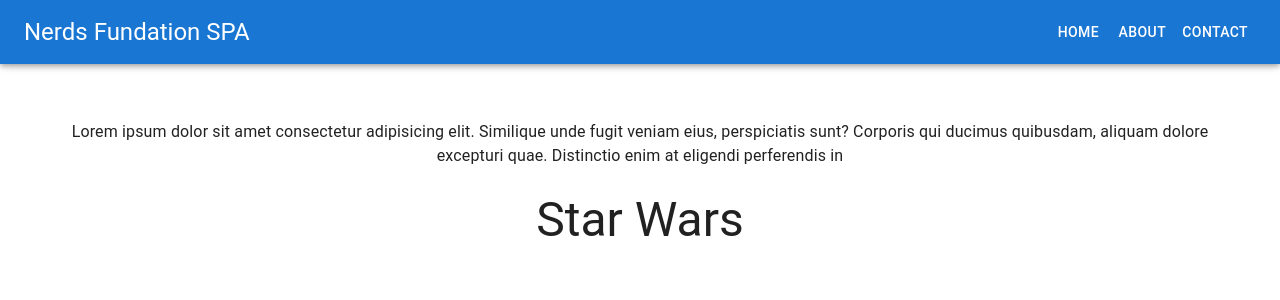
Repository: marianozamora/lisit-challenge
Page: /
These files come from the project's save history. The page is drawn as it stood at one moment and after the next save; the edit follows.
The browser window is 1280 px wide. The pictures show the whole page.
The page's requests for data from a server got no answer. The project was rebuilt for these pictures with package versions that can differ from the ones it lists, and the page was loaded fresh each time. Some packages were replaced by stand-ins written for this rebuild. No one was signed in, and anything a server would have sent is missing. Also part of the build but not shown: vite.config.ts, src/components/Pagination.tsx.

Above is the page before, as saved 2023-05-11 00:52:32.

### src/main.tsx
import React from 'react'
import ReactDOM from 'react-dom/client'
import App from './App.tsx'
import './index.css'
import { QueryClientProvider } from '@tanstack/react-query';
import queryClient from './queryClient';
import { ReactQueryDevtools } from '@tanstack/react-query-devtools';

ReactDOM.createRoot(document.getElementById('root') as HTMLElement).render(
  <React.StrictMode>
    <QueryClientProvider client={queryClient}>
      <App />
      <ReactQueryDevtools initialIsOpen></ReactQueryDevtools>
    </QueryClientProvider>
  </React.StrictMode>,
)

### src/App.tsx
import { useFetchPeople } from './hooks/useSwapi'
import './App.css'
import { People } from './hooks/types'
import Pagination from '../src/components/Pagination'
import React from 'react'
import { Box, Typography } from '@mui/material';
import Header from './components/Header';
function App() {
  const [currentPage, setCurrentPage] = React.useState(1)
  const { data, isLoading, isError } = useFetchPeople({ page: currentPage})
  //if (isLoading) return <div>Loading...</div>

  // if (data && data.count === null) {
  //   return null; // or display a different message or loading state
  // }


  return (
    <>
      <Header />
      <Box sx={{ display: 'flex', justifyContent: 'center', alignItems: 'center' }}>
        <Typography variant="h3" component="div" gutterBottom>
          Star Wars
        </Typography>
      </Box>
    <Box>
      {data?.results.map((person: People) => (
        <div key={person.name}>{person.name}</div>
      ))}
      {/* <button onClick={
        () => {
          setCurrentPage(currentPage + 1)
        }
      } >
        Next
      </button> */}

      {
        data && data.count > 0 && <Pagination
        onPageChange={(event, value) => {
          setCurrentPage(value)
        }}
        count={data?.count}
        elementsPerPage={10}
        currentPage={currentPage}
      />

      }

      </Box>
    </>

  )
}

export default App

### src/index.css
@tailwind base;
@tailwind components;
@tailwind utilities;
/*
:root {
  font-family: Inter, system-ui, Avenir, Helvetica, Arial, sans-serif;
  line-height: 1.5;
  font-weight: 400;

  color-scheme: light dark;
  color: rgba(255, 255, 255, 0.87);
  background-color: #242424;

  font-synthesis: none;
  text-rendering: optimizeLegibility;
  -webkit-font-smoothing: antialiased;
  -moz-osx-font-smoothing: grayscale;
  -webkit-text-size-adjust: 100%;
}

a {
  font-weight: 500;
  color: #646cff;
  text-decoration: inherit;
}
a:hover {
  color: #535bf2;
}

body {
  margin: 0;
  display: flex;
  place-items: center;
  min-width: 320px;
  min-height: 100vh;
}

h1 {
  font-size: 3.2em;
  line-height: 1.1;
}

button {
  border-radius: 8px;
  border: 1px solid transparent;
  padding: 0.6em 1.2em;
  font-size: 1em;
  font-weight: 500;
  font-family: inherit;
  background-color: #1a1a1a;
  cursor: pointer;
  transition: border-color 0.25s;
}
button:hover {
  border-color: #646cff;
}
button:focus,
button:focus-visible {
  outline: 4px auto -webkit-focus-ring-color;
}

@media (prefers-color-scheme: light) {
  :root {
    color: #213547;
    background-color: #ffffff;
  }
  a:hover {
    color: #747bff;
  }
  button {
    background-color: #f9f9f9;
  }
} */

### src/queryClient.ts
import { QueryClient } from '@tanstack/react-query';

const queryClient = new QueryClient();

export default queryClient;

### src/hooks/useSwapi.ts
import api from '../api/swapi';
import { useQuery } from '@tanstack/react-query';

export async function fetchPeople({page=1}) {
    const { data } = await api.get(`people/?page=${page}`);
    return data;
}

export function useFetchPeople({ page = 1 } = {}) {
    return useQuery({
        queryKey: ['people', { page }],
        queryFn: () => fetchPeople({ page }),
    })

}

async function fetchPerson(id) {
    const { data } = await api.get(`people/${id}`);
    return data;
}

### src/components/Header.tsx
import * as React from 'react';
import { AppBar, Toolbar, IconButton, Typography, Box, CssBaseline} from '@mui/material';
import { Drawer, List, ListItem, ListItemButton, ListItemText, Divider, Button } from '@mui/material';
import MenuIcon from '@mui/icons-material/Menu';
interface Props {
    /**
     * Injected by the documentation to work in an iframe.
     * You won't need it on your project.
     */
    window?: () => Window;
}


const drawerWidth = 240;
const navItems = ['Home', 'About', 'Contact'];

export default function Header(props: Props) {

    const { window } = props;
    const [mobileOpen, setMobileOpen] = React.useState(false);

    const handleDrawerToggle = () => {
        setMobileOpen((prevState) => !prevState);
    };

    const drawer = (
        <Box onClick={handleDrawerToggle} sx={{ textAlign: 'center' }}>
        <Typography variant="h6" sx={{ my: 2 }}>
            MUI
        </Typography>
        <Divider />
        <List>
            {navItems.map((item) => (
            <ListItem key={item} disablePadding>
                <ListItemButton sx={{ textAlign: 'center' }}>
                <ListItemText primary={item} />
                </ListItemButton>
            </ListItem>
            ))}
        </List>
        </Box>
    );

    const container = window !== undefined ? () => window().document.body : undefined;

    return (
            <Box sx={{ display: 'flex' }}>
            <CssBaseline />
            <AppBar component="nav">
            <Toolbar className="bg-black-900 flex justify-between">
                <IconButton
                color="inherit"
                aria-label="open drawer"
                edge="start"
                onClick={handleDrawerToggle}
                sx={{ mr: 2, display: { sm: 'none' } }}
                >
                <MenuIcon />
                </IconButton>
                <Typography
                variant="h5"
                component="div"
                className="text-white "
                sx={{ display: { xs: 'none', sm: 'block' } }}
                >
                Nerds Fundation SPA
                </Typography>
                <Box sx={{ display: { xs: 'none', sm: 'block' } }}>
                {navItems.map((item) => (
                    <Button key={item} sx={{ color: '#fff' }}>
                    {item}
                    </Button>
                ))}
                </Box>
            </Toolbar>
            </AppBar>
            <Box component="nav">
                <Drawer
                container={container}
                variant="temporary"
                open={mobileOpen}
                onClose={handleDrawerToggle}
                ModalProps={{
                keepMounted: true, // Better open performance on mobile.
                }}
                sx={{
                display: { xs: 'block', sm: 'none' },
                '& .MuiDrawer-paper': { boxSizing: 'border-box', width: drawerWidth },
                }}
            >
                {drawer}
            </Drawer>
            </Box>
            <Box component="main" sx={{ p: 3 }}>
            <Toolbar />
            <Typography>
                Lorem ipsum dolor sit amet consectetur adipisicing elit. Similique unde
                fugit veniam eius, perspiciatis sunt? Corporis qui ducimus quibusdam,
                aliquam dolore excepturi quae. Distinctio enim at eligendi perferendis in
            </Typography>
            </Box>
        </Box>
    )
}

### src/api/swapi.ts
import axios from 'axios';

const api = axios.create({
    baseURL: 'https://swapi.dev/api/',
});

export default api;

Loaded but not shown: index.html (common file); src/App.css (common file); tailwind.config.js (common file)

After the next save:
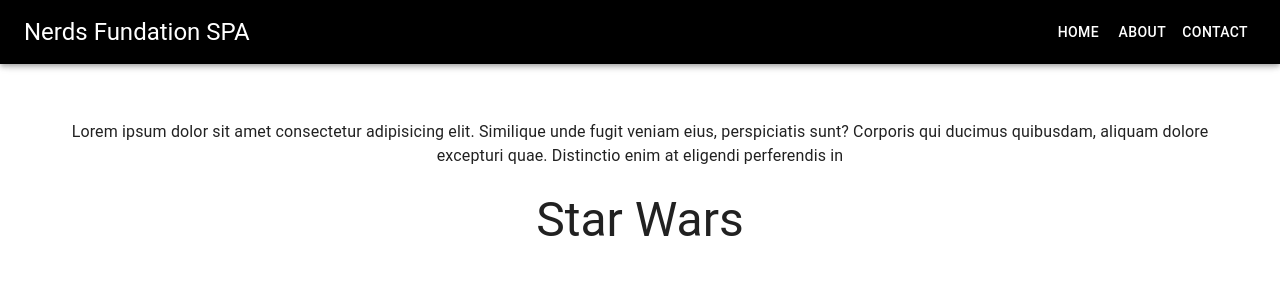
Saved 22 s later.
--- a/src/components/Header.tsx
+++ b/src/components/Header.tsx
@@ -47,7 +47,7 @@
             <Box sx={{ display: 'flex' }}>
             <CssBaseline />
             <AppBar component="nav">
-            <Toolbar className="bg-black-900 flex justify-between">
+            <Toolbar className="bg-black flex justify-between">
                 <IconButton
                 color="inherit"
                 aria-label="open drawer"
